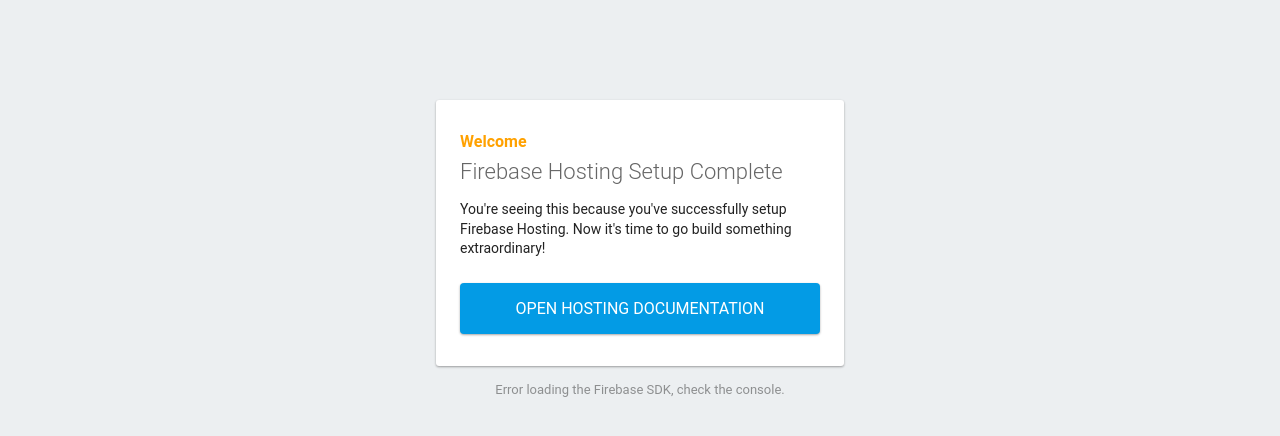
Repository: kbruhadesh/etl_files
Page: public/index.html
The author's editor kept a copy of each file at every save. The page is drawn from the files as they stood at one save, then again after the next save.
The browser window is 1280 px wide. The pictures show the whole page.

Above is the page before, as saved 2025-11-26 22:30:37.
Not found: __/firebase/12.6.0/firebase-app-compat.js
Not found: __/firebase/12.6.0/firebase-auth-compat.js
Not found: __/firebase/12.6.0/firebase-database-compat.js

### public/index.html
<!DOCTYPE html>
<html>
  <head>
    <meta charset="utf-8">
    <meta name="viewport" content="width=device-width, initial-scale=1">
    <title>Welcome to Firebase Hosting</title>

    <!-- update the version number as needed -->
    <script defer src="/__/firebase/12.6.0/firebase-app-compat.js"></script>
    <!-- include only the Firebase features as you need -->
    <script defer src="/__/firebase/12.6.0/firebase-auth-compat.js"></script>
    <script defer src="/__/firebase/12.6.0/firebase-database-compat.js"></script>
    <script defer src="/__/firebase/12.6.0/firebase-firestore-compat.js"></script>
    <script defer src="/__/firebase/12.6.0/firebase-functions-compat.js"></script>
    <script defer src="/__/firebase/12.6.0/firebase-messaging-compat.js"></script>
    <script defer src="/__/firebase/12.6.0/firebase-storage-compat.js"></script>
    <script defer src="/__/firebase/12.6.0/firebase-analytics-compat.js"></script>
    <script defer src="/__/firebase/12.6.0/firebase-remote-config-compat.js"></script>
    <script defer src="/__/firebase/12.6.0/firebase-performance-compat.js"></script>
    <!--
      initialize the SDK after all desired features are loaded, set useEmulator to false
      to avoid connecting the SDK to running emulators.
    -->
    <script defer src="/__/firebase/init.js?useEmulator=true"></script>

    <style media="screen">
      body { background: #ECEFF1; color: rgba(0,0,0,0.87); font-family: Roboto, Helvetica, Arial, sans-serif; margin: 0; padding: 0; }
      #message { background: white; max-width: 360px; margin: 100px auto 16px; padding: 32px 24px; border-radius: 3px; }
      #message h2 { color: #ffa100; font-weight: bold; font-size: 16px; margin: 0 0 8px; }
      #message h1 { font-size: 22px; font-weight: 300; color: rgba(0,0,0,0.6); margin: 0 0 16px;}
      #message p { line-height: 140%; margin: 16px 0 24px; font-size: 14px; }
      #message a { display: block; text-align: center; background: #039be5; text-transform: uppercase; text-decoration: none; color: white; padding: 16px; border-radius: 4px; }
      #message, #message a { box-shadow: 0 1px 3px rgba(0,0,0,0.12), 0 1px 2px rgba(0,0,0,0.24); }
      #load { color: rgba(0,0,0,0.4); text-align: center; font-size: 13px; }
      @media (max-width: 600px) {
        body, #message { margin-top: 0; background: white; box-shadow: none; }
        body { border-top: 16px solid #ffa100; }
      }
    </style>
  </head>
  <body>
    <div id="message">
      <h2>Welcome</h2>
      <h1>Firebase Hosting Setup Complete</h1>
      <p>You're seeing this because you've successfully setup Firebase Hosting. Now it's time to go build something extraordinary!</p>
      <a target="_blank" href="https://firebase.google.com/docs/hosting/">Open Hosting Documentation</a>
    </div>
    <p id="load">Firebase SDK Loading&hellip;</p>

    <script>
      document.addEventListener('DOMContentLoaded', function() {
        const loadEl = document.querySelector('#load');
        // // 🔥🔥🔥🔥🔥🔥🔥🔥🔥🔥🔥🔥🔥🔥🔥🔥🔥🔥🔥🔥🔥🔥🔥🔥🔥🔥🔥🔥🔥🔥🔥
        // // The Firebase SDK is initialized and available here!
        //
        // firebase.auth().onAuthStateChanged(user => { });
        // firebase.database().ref('/path/to/ref').on('value', snapshot => { });
        // firebase.firestore().doc('/foo/bar').get().then(() => { });
        // firebase.functions().httpsCallable('yourFunction')().then(() => { });
        // firebase.messaging().requestPermission().then(() => { });
        // firebase.storage().ref('/path/to/ref').getDownloadURL().then(() => { });
        // firebase.analytics(); // call to activate
        // firebase.analytics().logEvent('tutorial_completed');
        // firebase.performance(); // call to activate
        //
        // // 🔥🔥🔥🔥🔥🔥🔥🔥🔥🔥🔥🔥🔥🔥🔥🔥🔥🔥🔥🔥🔥🔥🔥🔥🔥🔥🔥🔥🔥🔥🔥

        try {
          let app = firebase.app();
          let features = [
            'auth',
            'database',
            'firestore',
            'functions',
            'messaging',
            'storage',
            'analytics',
            'remoteConfig',
            'performance',
          ].filter(feature => typeof app[feature] === 'function');
          loadEl.textContent = `Firebase SDK loaded with ${features.join(', ')}`;
        } catch (e) {
          console.error(e);
          loadEl.textContent = 'Error loading the Firebase SDK, check the console.';
        }
      });
    </script>
  </body>
</html>

### public/style.css
:root{
  --bg:#071022; --card:#081226; --muted:#94a8bf; --accent:#06b6d4;
  --ok:#0c934f; --fail:#aa2230; --wait:#5b6b80;
  font-family: Inter, system-ui, -apple-system, "Segoe UI", Roboto, Arial;
}
*{box-sizing:border-box}
body{margin:0;background:linear-gradient(180deg,#041225 0,#031322 100%);color:#e6eef8}
.topbar{padding:16px 20px;border-bottom:1px solid rgba(255,255,255,0.03);display:flex;justify-content:space-between;align-items:center}
.title{font-weight:700}
.meta{font-size:13px;color:var(--muted)}
.container{display:grid;grid-template-columns:420px 1fr;gap:18px;padding:20px}
.panel{background:linear-gradient(180deg,var(--card),#031224);border-radius:10px;padding:16px;box-shadow:0 8px 30px rgba(2,6,23,0.6)}
.controls{display:flex;justify-content:space-between;align-items:center;gap:12px;margin-bottom:12px}
.btn{padding:10px 14px;border-radius:8px;border:0;cursor:pointer;font-weight:700}
.btn.primary{background:var(--accent);color:#012529}
.btn.ghost{background:transparent;border:1px solid rgba(255,255,255,0.05);color:var(--muted)}
.left{display:flex;gap:8px}
.right{display:flex;gap:8px;align-items:center}
.small{font-size:13px;color:var(--muted)}
.status-row{display:flex;align-items:center;gap:12px;margin:8px 0}
.status{padding:8px 12px;border-radius:999px;font-weight:800}
.status-wait{background:var(--wait);color:#dbeaf8}
.status-ok{background:var(--ok);color:#e7fbef}
.status-fail{background:var(--fail);color:#ffdce0}
.status-info{font-size:13px}
.log-actions{display:flex;gap:8px;margin-bottom:10px}
.history{max-height:240px;overflow:auto;border-radius:8px;background:#051021;padding:8px;border:1px solid rgba(255,255,255,0.02);font-family:monospace;margin-bottom:8px}
.history .item{padding:8px;border-bottom:1px solid rgba(255,255,255,0.02);display:flex;justify-content:space-between;gap:8px;align-items:center}
.logbox{background:#010517;padding:12px;border-radius:8px;min-height:160px;overflow:auto;color:#cfeff6;font-family:monospace;font-size:13px}
.footer{padding:12px 20px;color:var(--muted);font-size:13px}
.muted{color:var(--muted);font-size:13px}

### public/script.js
// ===== CONFIG =====
const CLOUD_RUN_URL = "https://etl-transform-service-564878881238.asia-south1.run.app/"; // <--- update if needed
// ==================

const runBtn = document.getElementById("runBtn");
const runQuietBtn = document.getElementById("runQuietBtn");
const retryBtn = document.getElementById("retryBtn");
const statusPill = document.getElementById("statusPill");
const lastRunEl = document.getElementById("lastRun");
const lastResult = document.getElementById("lastResult");
const logBox = document.getElementById("logBox");
const historyList = document.getElementById("historyList");
const copyLogsBtn = document.getElementById("copyLogs");
const clearHistoryBtn = document.getElementById("clearHistory");
const methodEl = document.getElementById("method");
const timeoutEl = document.getElementById("timeout");
const serviceUrlShort = document.getElementById("serviceUrlShort");

serviceUrlShort.textContent = CLOUD_RUN_URL.replace(/^https?:\/\//, "").replace(/\/$/, "");

// Utility
function setStatus(text, cls="status-wait"){ statusPill.textContent = text; statusPill.className = "status " + cls; }
function ts(){ return new Date().toLocaleString(); }

function appendLog(msg){
  logBox.textContent = `[${ts()}] ${msg}\n\n` + logBox.textContent;
}

// History in localStorage
const HISTORY_KEY = "etl_dashboard_history";
function loadHistory(){ return JSON.parse(localStorage.getItem(HISTORY_KEY) || "[]"); }
function saveHistory(h){ localStorage.setItem(HISTORY_KEY, JSON.stringify(h)); }
function addHistory(entry){
  const h = loadHistory();
  h.unshift(entry);
  if(h.length>50) h.pop();
  saveHistory(h);
  renderHistory();
}

function renderHistory(){
  const h = loadHistory();
  historyList.innerHTML = "";
  if(h.length===0){ historyList.innerHTML = `<div class="muted">No runs yet.</div>`; return; }
  h.forEach((it, i) => {
    const div = document.createElement("div");
    div.className = "item";
    div.innerHTML = `<div>
        <div style="font-weight:700">${it.status} · ${it.ts}</div>
        <div class="small">${it.method} · ${it.duration_ms}ms · HTTP ${it.http_status||"-"}</div>
      </div>
      <div>
        <button data-i="${i}" class="btn ghost small view">View</button>
      </div>`;
    historyList.appendChild(div);
  });
  // attach listeners
  [...historyList.querySelectorAll("button.view")].forEach(b=>{
    b.addEventListener("click", (e)=>{
      const idx = Number(e.currentTarget.dataset.i);
      const h = loadHistory()[idx];
      logBox.textContent = `=== Run ${idx} — ${h.ts} ===\nStatus: ${h.status}\nHTTP: ${h.http_status}\nMethod: ${h.method}\nDuration: ${h.duration_ms} ms\n\nResponse:\n${h.body}\n\n` + logBox.textContent;
      lastRunEl.textContent = "Last run: " + h.ts;
      lastResult.textContent = `Last: ${h.status} · HTTP ${h.http_status||"-"}`;
    });
  });
}

// Main trigger
let lastRequest = null;
async function triggerETL({quiet=false, method="GET"}={}){
  try{
    setStatus("Running...", "status-wait");
    appendLog("Triggering ETL...");
    const t = Number(timeoutEl.value || 30) * 1000;
    const controller = new AbortController();
    const id = setTimeout(()=>controller.abort(), t);
    const start = performance.now();

    let res;
    if(method === "GET"){
      res = await fetch(CLOUD_RUN_URL, {method:"GET", signal: controller.signal});
    } else {
      res = await fetch(CLOUD_RUN_URL, {
        method:"POST",
        headers: {"Content-Type":"application/json"},
        body: JSON.stringify({trigger:"manual", ts: Date.now()}),
        signal: controller.signal
      });
    }
    clearTimeout(id);
    const duration = Math.round(performance.now() - start);
    const text = await res.text().catch(()=>"[non-text-response]");

    const entry = {
      ts: ts(),
      status: res.ok ? "SUCCESS" : "FAILED",
      http_status: res.status,
      method,
      duration_ms: duration,
      body: text
    };
    lastRequest = {method};
    addHistory(entry);

    lastRunEl.textContent = "Last run: " + entry.ts;
    lastResult.textContent = entry.status + " · HTTP " + entry.http_status;

    if(res.ok){
      setStatus("Success", "status-ok");
      appendLog("SUCCESS: HTTP " + res.status + " — " + (text||"(empty)"));
    } else {
      setStatus("Error", "status-fail");
      appendLog("ERROR: HTTP " + res.status + " — " + (text||"(empty)"));
    }
    if(!quiet){
      logBox.textContent = `=== HTTP ${res.status} ===\n${text}\n\n` + logBox.textContent;
    }
  } catch (err){
    setStatus("Failed", "status-fail");
    appendLog("EXCEPTION: " + (err.message||String(err)));
    addHistory({ts:ts(), status:"EXCEPTION", method, duration_ms:0, http_status:null, body:err.message||String(err)});
  }
}

// UI wiring
runBtn.addEventListener("click", ()=> triggerETL({quiet:false, method: methodEl.value}));
runQuietBtn.addEventListener("click", ()=> triggerETL({quiet:true, method: methodEl.value}));
retryBtn.addEventListener("click", ()=> {
  if(lastRequest) triggerETL({quiet:false, method: lastRequest.method});
  else appendLog("No last request to retry.");
});
copyLogsBtn.addEventListener("click", async ()=>{
  try{
    await navigator.clipboard.writeText(logBox.textContent);
    appendLog("Logs copied to clipboard.");
  }catch(e){ appendLog("Copy failed: " + (e.message||e)); }
});
clearHistoryBtn.addEventListener("click", ()=> {
  localStorage.removeItem(HISTORY_KEY);
  renderHistory();
  appendLog("History cleared.");
});

// initial
renderHistory();
setStatus("Idle", "status-wait");
serviceUrlShort && (serviceUrlShort.textContent = CLOUD_RUN_URL.replace(/^https?:\/\//, "").replace(/\/$/, ""));

After the next save:
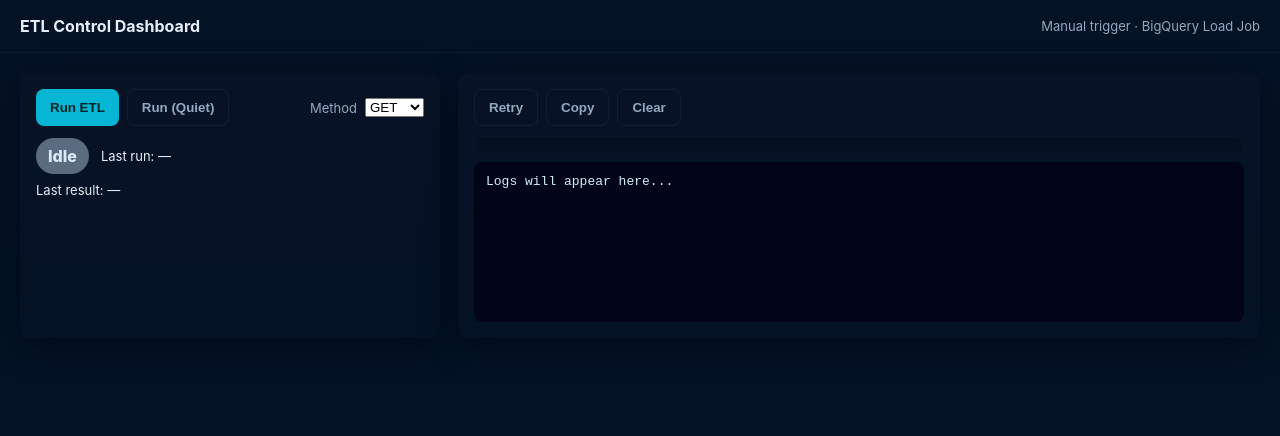
Console error: TypeError: Cannot set properties of null (setting 'textContent')
Saved 2 h 8 min later.
--- a/public/index.html
+++ b/public/index.html
@@ -1,89 +1,60 @@
 <!DOCTYPE html>
-<html>
-  <head>
-    <meta charset="utf-8">
-    <meta name="viewport" content="width=device-width, initial-scale=1">
-    <title>Welcome to Firebase Hosting</title>
+<html lang="en">
+<head>
+  <meta charset="UTF-8" />
+  <meta name="viewport" content="width=device-width, initial-scale=1.0" />
+  <title>ETL Dashboard</title>
+  <link rel="stylesheet" href="style.css" />
+</head>
 
-    <!-- update the version number as needed -->
-    <script defer src="/__/firebase/12.6.0/firebase-app-compat.js"></script>
-    <!-- include only the Firebase features as you need -->
-    <script defer src="/__/firebase/12.6.0/firebase-auth-compat.js"></script>
-    <script defer src="/__/firebase/12.6.0/firebase-database-compat.js"></script>
-    <script defer src="/__/firebase/12.6.0/firebase-firestore-compat.js"></script>
-    <script defer src="/__/firebase/12.6.0/firebase-functions-compat.js"></script>
-    <script defer src="/__/firebase/12.6.0/firebase-messaging-compat.js"></script>
-    <script defer src="/__/firebase/12.6.0/firebase-storage-compat.js"></script>
-    <script defer src="/__/firebase/12.6.0/firebase-analytics-compat.js"></script>
-    <script defer src="/__/firebase/12.6.0/firebase-remote-config-compat.js"></script>
-    <script defer src="/__/firebase/12.6.0/firebase-performance-compat.js"></script>
-    <!--
-      initialize the SDK after all desired features are loaded, set useEmulator to false
-      to avoid connecting the SDK to running emulators.
-    -->
-    <script defer src="/__/firebase/init.js?useEmulator=true"></script>
+<body>
 
-    <style media="screen">
-      body { background: #ECEFF1; color: rgba(0,0,0,0.87); font-family: Roboto, Helvetica, Arial, sans-serif; margin: 0; padding: 0; }
-      #message { background: white; max-width: 360px; margin: 100px auto 16px; padding: 32px 24px; border-radius: 3px; }
-      #message h2 { color: #ffa100; font-weight: bold; font-size: 16px; margin: 0 0 8px; }
-      #message h1 { font-size: 22px; font-weight: 300; color: rgba(0,0,0,0.6); margin: 0 0 16px;}
-      #message p { line-height: 140%; margin: 16px 0 24px; font-size: 14px; }
-      #message a { display: block; text-align: center; background: #039be5; text-transform: uppercase; text-decoration: none; color: white; padding: 16px; border-radius: 4px; }
-      #message, #message a { box-shadow: 0 1px 3px rgba(0,0,0,0.12), 0 1px 2px rgba(0,0,0,0.24); }
-      #load { color: rgba(0,0,0,0.4); text-align: center; font-size: 13px; }
-      @media (max-width: 600px) {
-        body, #message { margin-top: 0; background: white; box-shadow: none; }
-        body { border-top: 16px solid #ffa100; }
-      }
-    </style>
-  </head>
-  <body>
-    <div id="message">
-      <h2>Welcome</h2>
-      <h1>Firebase Hosting Setup Complete</h1>
-      <p>You're seeing this because you've successfully setup Firebase Hosting. Now it's time to go build something extraordinary!</p>
-      <a target="_blank" href="https://firebase.google.com/docs/hosting/">Open Hosting Documentation</a>
+  <div class="topbar">
+    <div class="title">ETL Control Dashboard</div>
+    <div class="meta">Manual trigger · BigQuery Load Job</div>
+  </div>
+
+  <div class="container">
+
+    <div class="panel">
+      <div class="controls">
+        <div class="left">
+          <button class="btn primary" id="runBtn">Run ETL</button>
+          <button class="btn ghost" id="runQuietBtn">Run (Quiet)</button>
+        </div>
+
+        <div class="right">
+          <label class="small">Method</label>
+          <select id="method">
+            <option value="GET">GET</option>
+            <option value="POST">POST</option>
+          </select>
+        </div>
+      </div>
+
+      <div class="status-row">
+        <span id="statusPill" class="status status-wait">Idle</span>
+        <span id="lastRun" class="status-info">Last run: —</span>
+      </div>
+
+      <div class="status-info" id="lastResult">Last result: —</div>
     </div>
-    <p id="load">Firebase SDK Loading&hellip;</p>
 
-    <script>
-      document.addEventListener('DOMContentLoaded', function() {
-        const loadEl = document.querySelector('#load');
-        // // 🔥🔥🔥🔥🔥🔥🔥🔥🔥🔥🔥🔥🔥🔥🔥🔥🔥🔥🔥🔥🔥🔥🔥🔥🔥🔥🔥🔥🔥🔥🔥
-        // // The Firebase SDK is initialized and available here!
-        //
-        // firebase.auth().onAuthStateChanged(user => { });
-        // firebase.database().ref('/path/to/ref').on('value', snapshot => { });
-        // firebase.firestore().doc('/foo/bar').get().then(() => { });
-        // firebase.functions().httpsCallable('yourFunction')().then(() => { });
-        // firebase.messaging().requestPermission().then(() => { });
-        // firebase.storage().ref('/path/to/ref').getDownloadURL().then(() => { });
-        // firebase.analytics(); // call to activate
-        // firebase.analytics().logEvent('tutorial_completed');
-        // firebase.performance(); // call to activate
-        //
-        // // 🔥🔥🔥🔥🔥🔥🔥🔥🔥🔥🔥🔥🔥🔥🔥🔥🔥🔥🔥🔥🔥🔥🔥🔥🔥🔥🔥🔥🔥🔥🔥
+    <div class="panel">
+      <div class="log-actions">
+        <button class="btn ghost" id="retryBtn">Retry</button>
+        <button class="btn ghost" id="copyLogs">Copy</button>
+        <button class="btn ghost" id="clearHistory">Clear</button>
+      </div>
 
-        try {
-          let app = firebase.app();
-          let features = [
-            'auth',
-            'database',
-            'firestore',
-            'functions',
-            'messaging',
-            'storage',
-            'analytics',
-            'remoteConfig',
-            'performance',
-          ].filter(feature => typeof app[feature] === 'function');
-          loadEl.textContent = `Firebase SDK loaded with ${features.join(', ')}`;
-        } catch (e) {
-          console.error(e);
-          loadEl.textContent = 'Error loading the Firebase SDK, check the console.';
-        }
-      });
-    </script>
-  </body>
+      <div class="history" id="historyList"></div>
+
+      <div class="logbox" id="logBox">Logs will appear here...</div>
+    </div>
+
+  </div>
+
+  <script src="script.js"></script>
+
+</body>
 </html>
